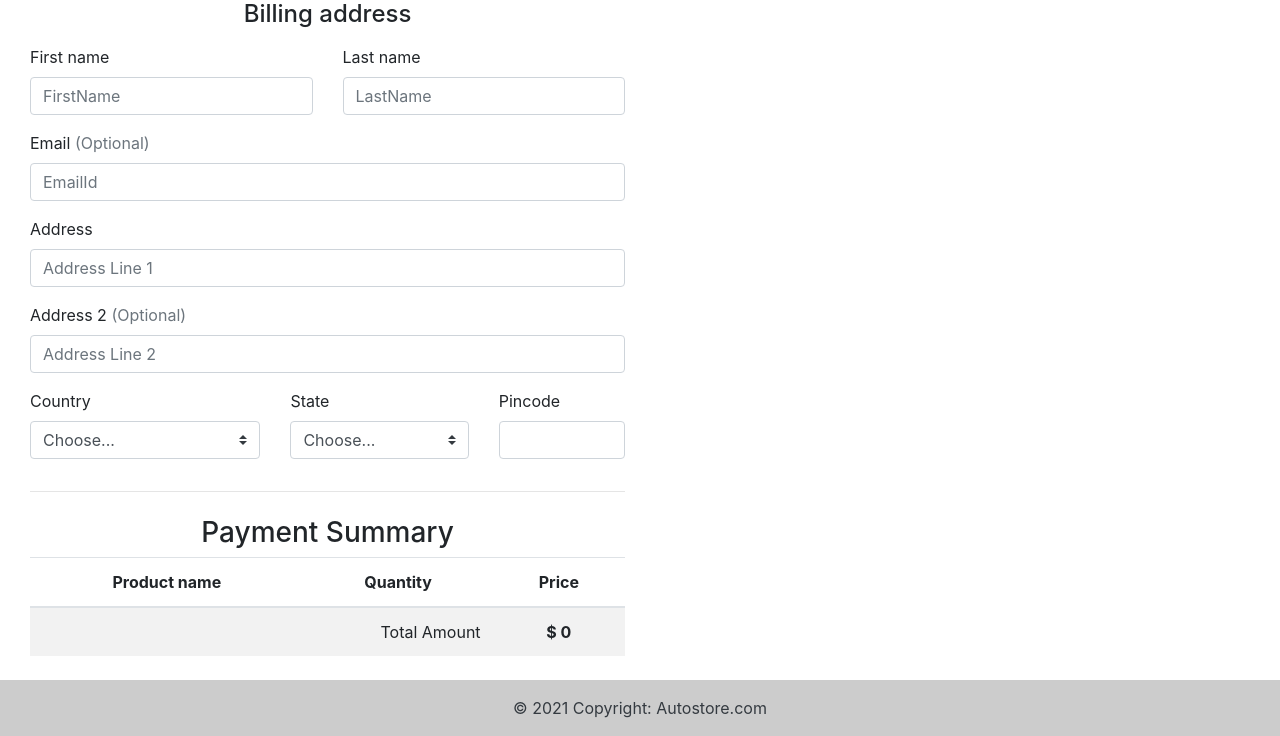
Repository: pravinsakthivel/ecommerce
Page: /checkout
The author's editor kept a copy of each file at every save. The page is drawn from the files as they stood at one save, then again after the next save.
The browser window is 1280 px wide. The pictures show the whole page.
The project was rebuilt for these pictures with package versions that can differ from the ones it lists, and the page was loaded fresh each time. Also part of the build but not shown: src/components/UI/BaseButton.vue, src/components/ProductItem.vue, src/components/UI/ShoppingCartIcon.vue, src/components/UI/NavigationBar.vue, src/components/UI/SearchBar.vue, src/components/ProductDescriptionModal.vue, src/components/ProductList.vue, src/components/CartList.vue and 5 more.

Above is the page before, as saved 2021-04-10 22:07:17.

After the next save:
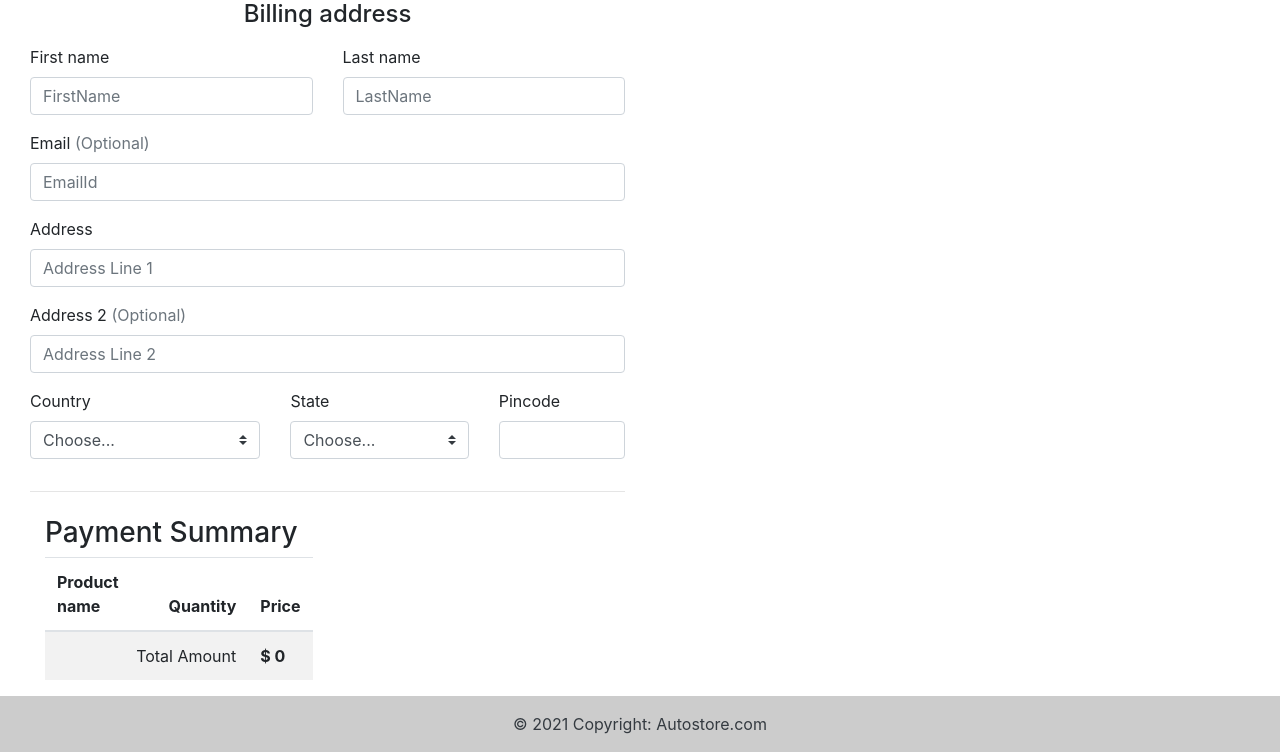
Saved 8 min 32 s later.
--- a/src/components/CheckoutPage.vue
+++ b/src/components/CheckoutPage.vue
@@ -90,10 +90,11 @@
         </div>
         <hr class="mb-4" />
       </form>
-    </div>
-    <div class="text-center col-md-6">
+      <div class="col-md-6">
       <payment-details></payment-details>
     </div>
+    </div>
+
   </div>
 </template>
 <script>
